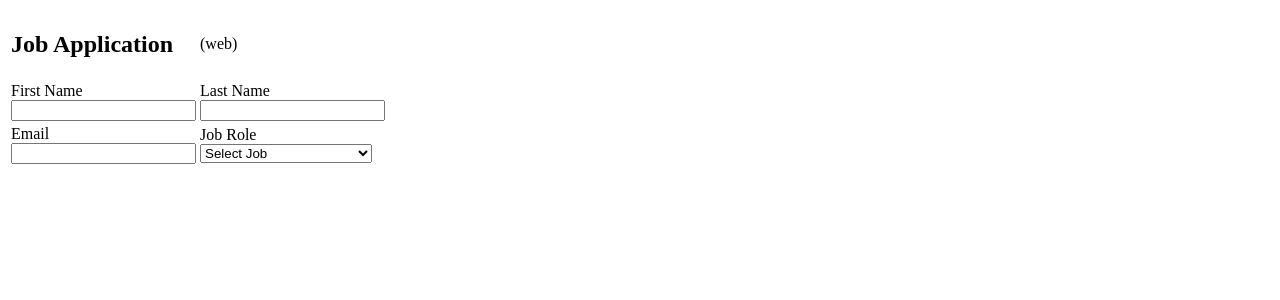
Repository: diensy/JOB-APPLICATION
Page: index.html
An editor plug-in stored every save of this project. The page is shown before and after the next save, followed by the edit.
The browser window is 1280 px wide. The pictures show the whole page.

Above is the page before, as saved 2024-02-27 00:23:52.

### index.html
<!DOCTYPE html>
<html lang="en">
  <head>
    <meta charset="UTF-8" />
    <meta name="viewport" content="width=device-width, initial-scale=1.0" />
    <title>Job Application</title>
  </head>
  <body>
    <form action="">
      <table>
        <tr>
          <td>
            <h2>Job Application</h2>
          </td>
          <td><p>(web)</p></td>
        </tr>
        <tr>
          <td>
            <label for="firstname" id="first">First Name</label>
            <br />
            <input type="text" id="first" />
          </td>
          <td>
            <label for="Lastname" id="last">Last Name</label>
            <br />
            <input type="text" id="last" />
          </td>
        </tr>
        <tr>
          <td>
            <label for="Email" id="Email">Email</label>
            <br />
            <input type="text" id="Email" />
          </td>
          <td>
            <label for="JobRole" id="Job">Job Role</label>
            <br />
            <select name="JobRole" id="Job">
              <option value="Select Job">Select Job</option>
              <option value="JAVA">JAVA DEVELOPER</option>
              <option value="WEB">WEB DEVELOPER</option>
              <option value="BACKEND">BACKEND DEVELOPER</option>
              <option value="MERN DEVELOPER">MERN DEVELOPER</option>
            </select>
          </td>
        </tr>
      </table>
    </form>
  </body>
</html>

After the next save:
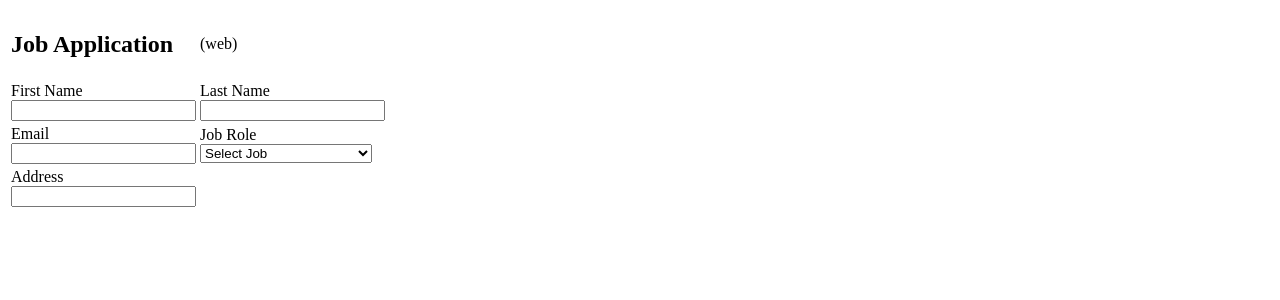
Saved 91 s later.
--- a/index.html
+++ b/index.html
@@ -44,6 +44,13 @@
             </select>
           </td>
         </tr>
+        <tr>
+          <td>
+            <label for="Address" id="address">Address</label>
+            <br />
+            <input type="text" id="address" />
+          </td>
+        </tr>
       </table>
     </form>
   </body>
